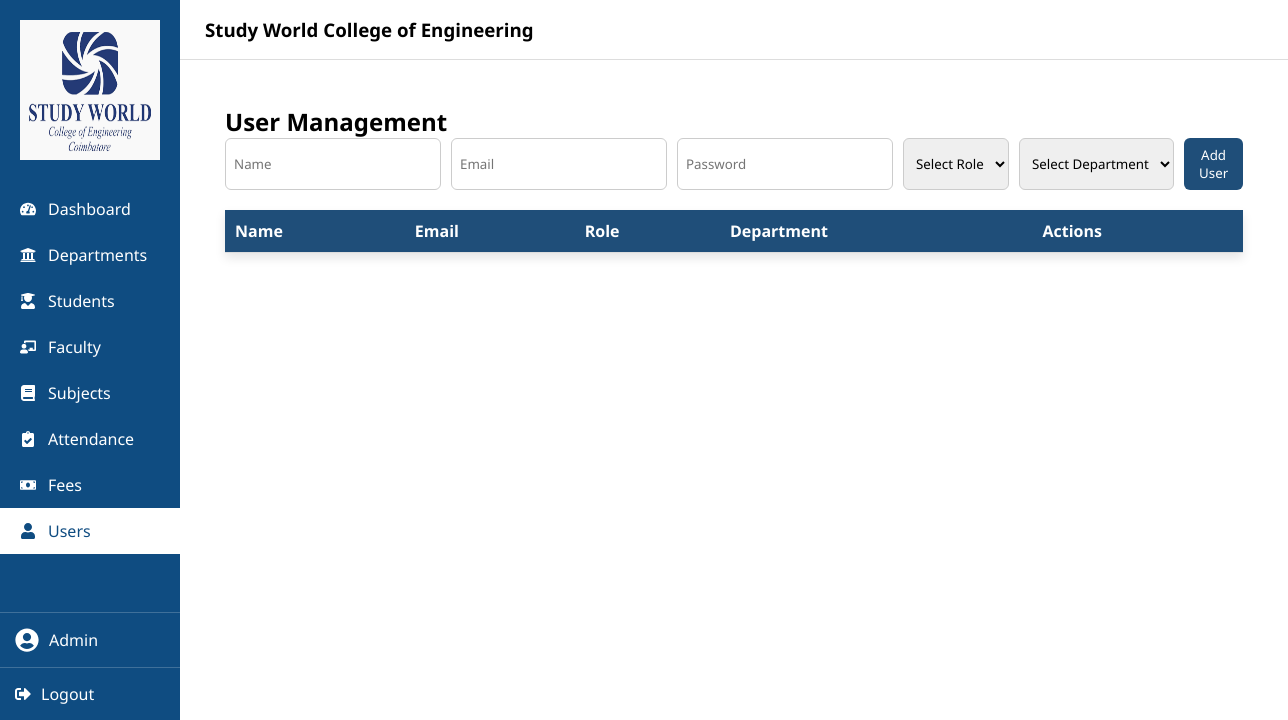
Repository: arthanarieswara/frontend
Page: /users
An editor plug-in stored every save of this project. The page is shown before and after the next save, followed by the edit.
The browser window is 1280 px wide. The page is 1288 px wide, then 1280 px, then 1288 px, so the pictures cover 1288 px, including what lies to the right of the window. The pictures show the whole page.
The page's requests for data from a server got no answer. The project was rebuilt for these pictures with package versions that can differ from the ones it lists, and the page was loaded fresh each time. No one was signed in, and anything a server would have sent is missing. Also part of the build but not shown: vite.config.js, src/pages/auth/Login.jsx, src/pages/dashboard/Dashboard.css, src/pages/dashboard/Dashboard.jsx, src/pages/departments/Departments.jsx, src/pages/students/Students.css, src/pages/students/Students.jsx, src/pages/faculty/Faculty.css and 5 more.

Above is the page before, as saved 2026-03-17 12:27:32.

After the next save:
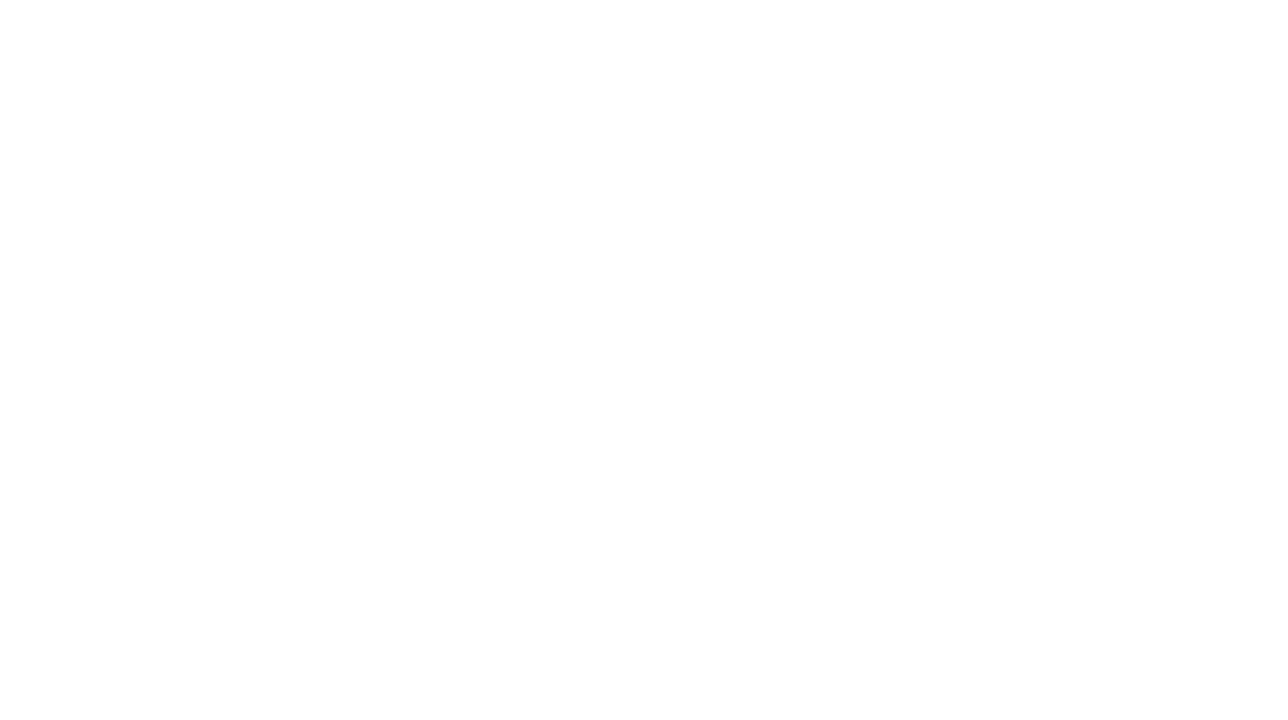
Console error: ReferenceError: FaUser is not defined
Saved 6 s later.
--- a/src/components/Sidebar.jsx
+++ b/src/components/Sidebar.jsx
@@ -9,7 +9,7 @@ import {
   FaMoneyBill,
   FaSignOutAlt,
   FaUserCircle,
-  FaUser
+  FaUsers,
 } from "react-icons/fa";
 
 import "./Sidebar.css";

After the save that followed:
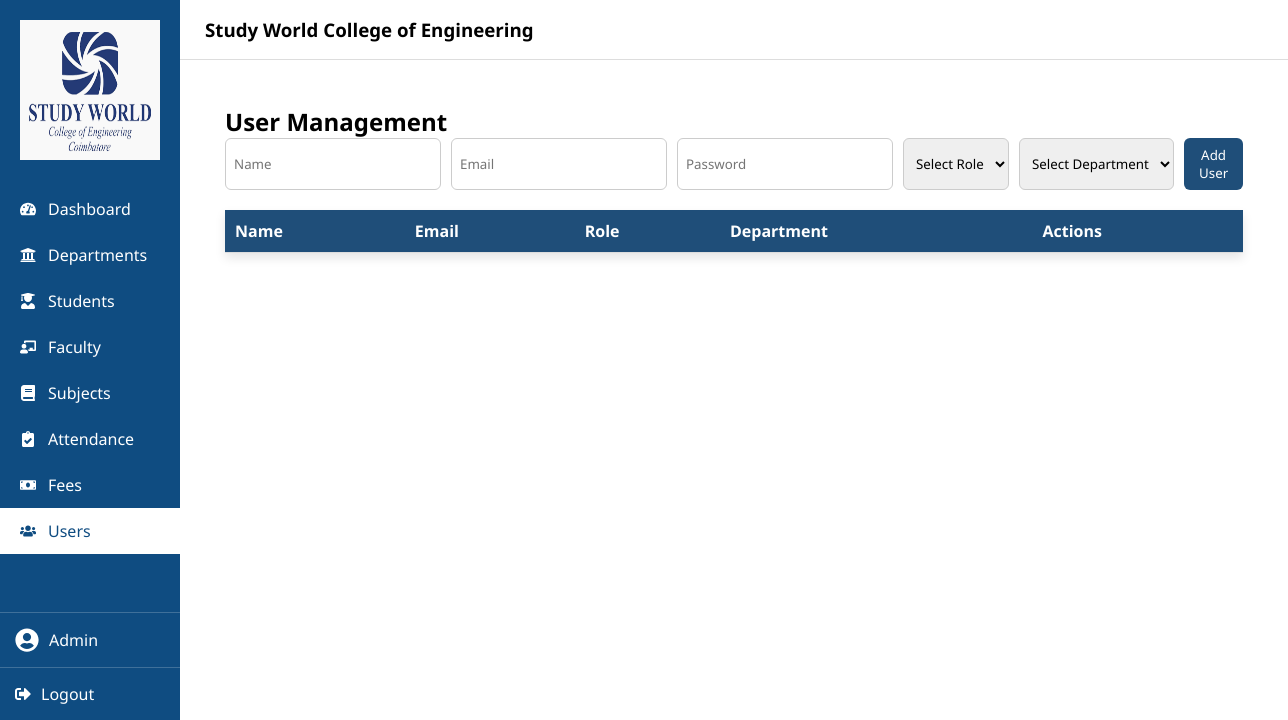
The error is gone.
Saved 13 s later.
--- a/src/components/Sidebar.jsx
+++ b/src/components/Sidebar.jsx
@@ -65,7 +65,7 @@ function Sidebar({ collapsed }) {
         </NavLink>
 
         <NavLink to="/users" className="menu-item">
-          <FaUser />
+          <FaUsers />
           <span>Users</span>
         </NavLink>
       </nav>
